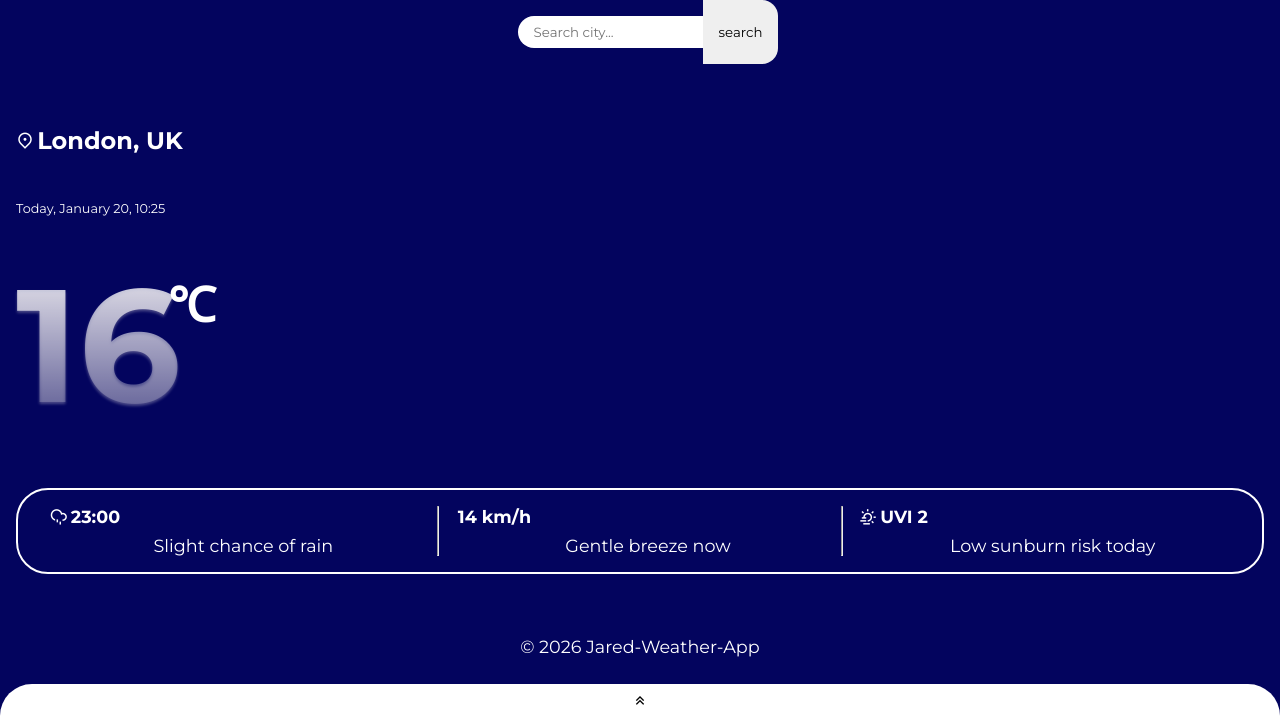
Repository: EguJaredoBoyd/Jared-Weather-App
Page: main.html
These files come from the project's save history. The page is drawn as it stood at one moment and after the next save; the edit follows.
The browser window is 1280 px wide. The pictures show the whole page.
Some icons come from a web library that is not loaded, so they are not drawn. Some web libraries are served in a nearby version.

Above is the page before, as saved 2026-02-04 17:12:13.

### main.html
<!doctype html>
<html lang="en">
  <head>
    <meta charset="UTF-8" />
    <meta name="viewport" content="width=device-width, initial-scale=1.0" />
    <link rel="preconnect" href="https://fonts.googleapis.com" />
    <link rel="preconnect" href="https://fonts.gstatic.com" crossorigin />
    <link
      href="https://fonts.googleapis.com/css2?family=Montserrat:ital,wght@0,100..900;1,100..900&display=swap"
      rel="stylesheet"
    />
    <link
      href="https://cdn.jsdelivr.net/npm/remixicon@4.8.0/fonts/remixicon.css"
      rel="stylesheet"
    />
    <link rel="stylesheet" href="./css/styles.css" />
    <script src="./js/main.js" defer></script>
    <script src="./js/weather.js" defer></script>
    <title>Jared-Weather-App</title>
  </head>
  <body class="weather-app">
    <div class="weather-app__container">
      <header>
        <div class="search-place">
          <input
            type="text"
            placeholder="Search city..."
            aria-label="Search city"
            id="search-input"
          />
          <button id="search-button">search</button>
        </div>
      </header>
      <main>
        <section class="current-weather">
          <div class="place-searched">
            <i class="ri-map-pin-2-line"></i>
            <h3 class="city-name">London, UK</h3>
          </div>
          <div class="date-today">
            <time datetime="2026-01-20T10:25">Today, January 20, 10:25</time>
          </div>
          <div class="place-temperature">
            <span class="place-temperature__measure"><h3>16</h3></span>
            <span class="place-temperature__degree"><h3>℃</h3></span>
          </div>
          <div class="place-forecast">
            <article class="forecast-item forecast-item--weather">
              <div>
                <span><i class="ri-drizzle-line"></i></span>
                <time datetime="23:00"> <h4>23:00</h4></time>
              </div>
              <p>Slight chance of rain</p>
            </article>
            <hr />

            <article class="forecast-item forecast-item--wind">
              <div>
                <span><i class="ri-arrow-right-up-long-line"></i></span>
                <h4>14 km/h</h4>
              </div>
              <p>Gentle breeze now</p>
            </article>
            <hr />

            <article class="forecast-item forecast-item--uv">
              <div>
                <span><i class="ri-sun-foggy-line"></i></span>
                <h4>UVI 2</h4>
              </div>
              <p>Low sunburn risk today</p>
            </article>
          </div>
        </section>
        <section class="swipe-section" aria-hidden="true" id="swipe-section">
          <!-- Slide for the hourly and daily forecast -->
          <button class="sheet-handle" id="sheet-handle" aria-expanded="false">
            <i class="ri-arrow-up-double-line" id="icon-handle"></i>
          </button>

          <div class="swipe-forecast">
            <!-- Hourly Forecast -->
            <article class="sheet-card hourly-forecast">
              <h4>Hourly Forecast</h4>

              <ul class="hourly-list">
                <li class="hour">
                  <time datetime="2026-01-27T13:00">1 PM</time>
                  <img src="" alt="Cloudy weather" />
                  <span class="temp">18°</span>
                </li>
              </ul>
            </article>

            <!-- 7-Day Forecast -->
            <article class="sheet-card daily-forecast">
              <h4>7-Day Forecast</h4>

              <ul class="daily-list">
                <li class="day">
                  <span class="day-name">Mon</span>
                  <img src="" alt="Rainy weather" />
                  <span class="temp-range">16° / 22°</span>
                </li>
              </ul>
            </article>

            <!-- Weather Metrics -->
            <article class="sheet-card weather-metrics">
              <h4>Weather Details</h4>

              <dl class="metrics-grid">
                <div class="metric">
                  <dt>Wind</dt>
                  <dd>14 km/h</dd>
                </div>

                <div class="metric">
                  <dt>Humidity</dt>
                  <dd>62%</dd>
                </div>

                <div class="metric">
                  <dt>Pressure</dt>
                  <dd>1013 hPa</dd>
                </div>
              </dl>
            </article>

            <!-- Sun Times -->
            <article class="sheet-card sun-times">
              <h4>Sun</h4>

              <dl class="sun-grid">
                <div>
                  <dt>Sunrise</dt>
                  <dd>
                    <time datetime="2026-01-27T06:34">6:34 AM</time>
                  </dd>
                </div>

                <div>
                  <dt>Sunset</dt>
                  <dd>
                    <time datetime="2026-01-27T18:52">6:52 PM</time>
                  </dd>
                </div>
              </dl>
            </article>
          </div>
        </section>
      </main>
      <footer>
        <div><p>&copy; 2026 Jared-Weather-App</p></div>
      </footer>
    </div>
  </body>
</html>

### css/styles.css
/* ==== CSS RESET ==== */
*,
*::before,
*::after {
  margin: 0;
  padding: 0;
  box-sizing: border-box;
  /* outline: 1px solid red; */
}

:root {
  --background-color: #03045e;
  --text-color: white;
  --font: "Montserrat", sans-serif;
}

html {
  font-size: 16px;
  height: 100%;
}

body {
  background-color: var(--background-color);
  color: var(--text-color);
  height: 100%;
  font-family: var(--font);
}

h1,
h2,
h3,
h4,
h5,
h6 {
  font-size: clamp(0.5rem, 3vw, 1.1rem);
}

p {
  font-size: clamp(0.5rem, 2.5vw, 1.1rem);
}

.weather-app__container {
  display: flex;
  flex-direction: column;
  min-height: 100dvh;
}

.search-place {
  display: flex;
  justify-content: center;
  padding: 1rem;
}

.search-place input {
  padding: 0.5rem 1rem;
  border: none;
  border-bottom-left-radius: 1rem;
  border-top-left-radius: 1rem;
  font-family: var(--font);
}

.search-place button {
  border: none;
  border-top-right-radius: 1rem;
  border-bottom-right-radius: 1rem;
  padding: 0.5rem 1rem;
  font-family: var(--font);
  margin: -1rem;
}

main {
  display: flex;
  flex-direction: column;
  padding: 1rem;
}

.current-weather {
  display: flex;
  flex-direction: column;
  justify-content: space-evenly;
  /* row-gap: clamp(2.5rem, 2.5vw, 5rem); */
  min-height: 75dvh;
}

.place-searched {
  display: flex;
  align-items: center;
  column-gap: 0.2rem;
  font-size: large;
}

.city-name {
  font-size: clamp(0.5rem, 6vw, 1.5rem);
}

.date-today {
  font-size: clamp(0.5rem, 3vw, 0.8rem);
}

.place-temperature {
  display: flex;
  align-items: center;
  position: relative;
  margin-top: -1rem;
}

.place-temperature__measure h3 {
  font-size: clamp(5rem, 38vw, 10rem);
  background: linear-gradient(to bottom, white, var(--background-color));
  -webkit-background-clip: text;
  background-clip: text;
  -webkit-text-fill-color: transparent;
  text-shadow: 0 2px 3px rgba(243, 235, 235, 0.3);
}

.place-temperature__degree h3 {
  font-size: clamp(1.5rem, 20vw, 3rem);
  position: absolute;
  top: 1.5rem;
  left: clamp(4rem, 40vw, 9.5rem);
}

.place-forecast {
  display: flex;
  justify-content: center;
  border: 2px solid white;
  border-radius: 2rem;
  padding: 1rem;
}

.forecast-item {
  padding-left: 1rem;
  width: 100%;
  max-width: 100%;
}

.forecast-item div {
  display: flex;
  column-gap: 0.2rem;
  margin-bottom: 0.5rem;
  font-size: clamp(0.5rem, 3vw, 1.1rem);
}

.forecast-item p {
  font-size: clamp(0.5rem, 2.5vw, 1.1rem);
  text-align: center;
}

/* Swipe section styles */

.swipe-section {
  position: fixed;
  min-height: 100dvh;
  top: 95%;
  right: 0;
  left: 0;
  transition: transform 2s ease;
  background-color: var(--text-color);
  color: var(--background-color);
  border-radius: 2rem;
}

.swipe-section.is-open {
  transform: translateY(-80%);
}

.no-scroll {
  overflow: hidden;
}

.swipe-section button {
  margin: 0.5rem auto;
  display: flex;
  justify-self: center;
  background: none;
  border: none;
}

.swipe-section button i {
  font-size: 1rem;
}

.swipe-forecast {
  display: grid;
  grid-template-columns: repeat(3, 1fr);
  gap: 2rem;
}

.sheet-card {
  font-size: clamp(0.5rem, 2.5vw, 1.1rem);
  padding: 1rem;
}

.sheet-card ul {
  list-style-position: inside;
}

footer div p {
  text-align: center;
}

### js/main.js
//Target all the buttons necessary
const swipeSection = document.getElementById("swipe-section");
const sheetHandle = document.getElementById("sheet-handle");
const iconHandle = document.getElementById("icon-handle");

//Create a function to handle swipe
function handleSwipe() {
  sheetHandle.addEventListener("click", () => {
    const isOpen = swipeSection.classList.toggle("is-open");

    //Add accessibilty and optimization
    swipeSection.setAttribute("aria-hidden", !isOpen);
    sheetHandle.setAttribute("aria-expanded", isOpen);

    //Statement to switch icons
    iconHandle.className = isOpen
      ? "ri-arrow-down-double-line"
      : "ri-arrow-up-double-line";

    //Add a class to handle the scroll
    document.body.classList.toggle("no-scroll");
  });
}

handleSwipe();

### js/weather.js
//My API key 56d08a907c0260865bb8f620502bfcbf
const WEATHER_API_KEY = "56d08a907c0260865bb8f620502bfcbf";

//Target my button and search input for city
const searchInput = document.getElementById("search-input");
const searchButton = document.getElementById("search-button");

//Create function to ask for weather app
async function fetchWeather(city) {
  try {
    const apiResponse = await fetch(
      `https://api.openweathermap.org/data/2.5/forecast?q=${city}&units=metric&appid=${WEATHER_API_KEY}`,
    );

    const apiData = await apiResponse.json();
    console.log(apiData);

    const countryDataDisplay = apiData.city;
    const weatherDataDisplay = apiData.list[0];

    const cityDate = apiData.list[0];

    //Display the country
    console.log(countryDataDisplay.name);
    console.log(countryDataDisplay.country);

    //Display the date of the city
    const currentDateTime = cityDate.dt * 1000;
    const date = new Date(currentDateTime);
    const timeZone = apiData.city.timezone * 1000;
    const localDate = Date.now();

    console.log(
      date.toLocaleDateString("en-GB", {
        weekday: "short",
        month: "short",
        day: "numeric",
      }),
    );

    console.log(localDate.toLocaleString("en-GB"));

    console.log(apiData.list[0].main.temp);
    console.log(apiData.list[0].weather[0].description);
  } catch (error) {
    console.error(error.message);
  }
}

//Search for city
searchButton.addEventListener("click", () => {
  const city = searchInput.value.trim();
  if (!city) return;

  fetchWeather(city);
});

After the next save:
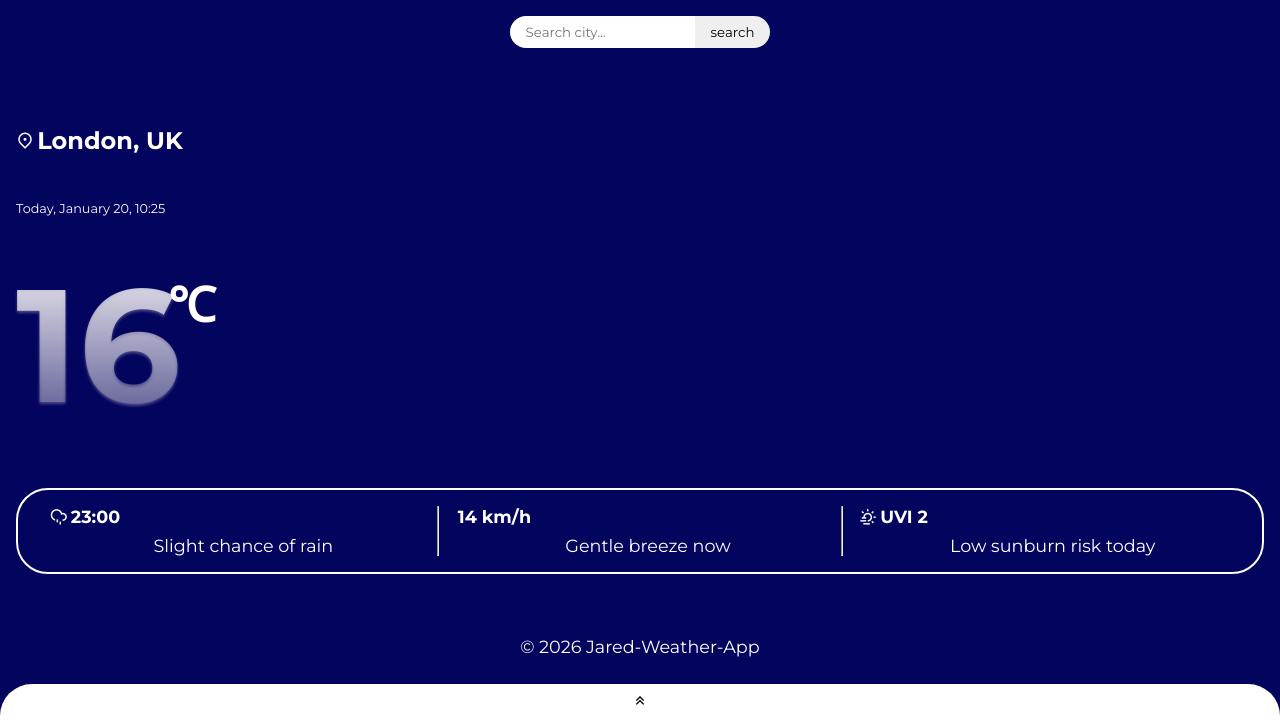
Saved 18 s later.
--- a/css/styles.css
+++ b/css/styles.css
@@ -65,7 +65,7 @@ p {
   border-bottom-right-radius: 1rem;
   padding: 0.5rem 1rem;
   font-family: var(--font);
-  margin: -1rem;
+  margin-left: -1rem;
 }
 
 main {
